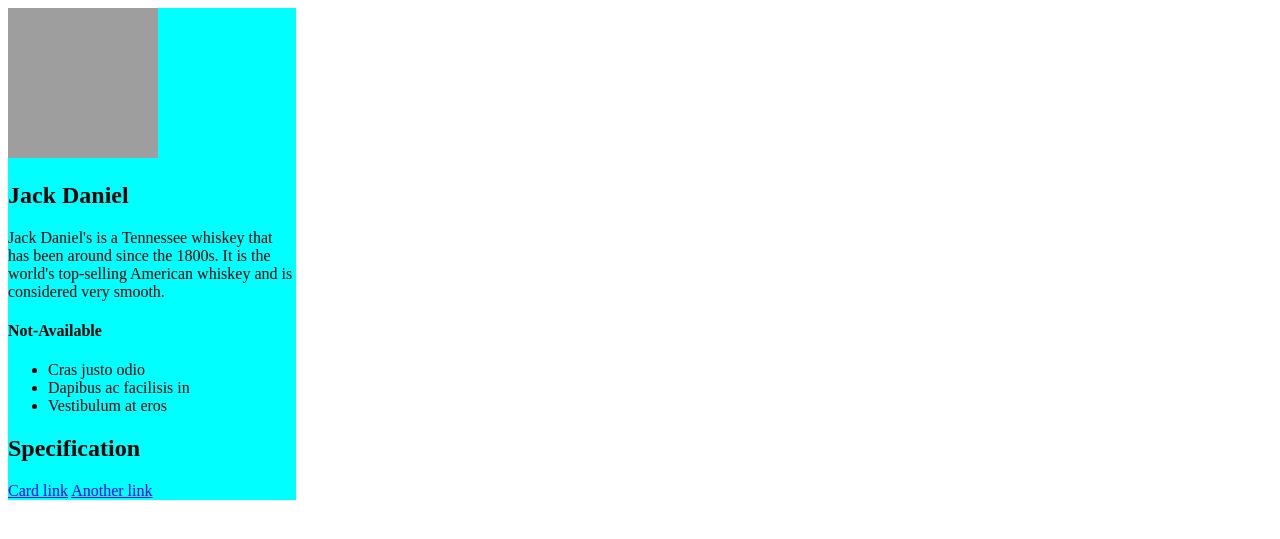
Repository: ZamlZam/REPO-11
Page: product-cards/index.html
The author's editor kept a copy of each file at every save. The page is drawn from the files as they stood at one save, then again after the next save.
The browser window is 1280 px wide. The pictures show the whole page.
Pictures or frames that could not be fetched are drawn as grey boxes.

Above is the page before, as saved 2023-04-13 12:17:02.

### product-cards/index.html
<!DOCTYPE html>
<html lang="en">
<head>
  <meta charset="UTF-8">
  <meta http-equiv="X-UA-Compatible" content="IE=edge">
  <meta name="viewport" content="width=device-width, initial-scale=1.0">
  <title>Document</title>
  <link rel="stylesheet" href="main.css">
</head>
<body>
  <div
  <div class="card1" style="width: 18rem;">
    <img src="https://www.finewinedelivery.co.nz/content/products/original/16561.jpg?width=1136" height = "150px" width="150px" alt="">
    <div class="card-body">
      <h2 class="Jack Daniel">Jack Daniel</h2>
      <p class="card-text">Jack Daniel's is a Tennessee whiskey that has been around since the 1800s. It is the world's top-selling American whiskey and is considered very smooth.</p>
    </div>

    <h4 class="Available">Not-Available</h4>
    <ul class="list-group list-group-flush">
      <li class="list-group-item">Cras justo odio</li>
      <li class="list-group-item">Dapibus ac facilisis in</li>
      <li class="list-group-item">Vestibulum at eros</li>
    </ul>
    <h2 class="specification">Specification</h2>
    <div class="card-body">
      <a href="#" class="card-link">Card link</a>
      <a href="#" class="card-link">Another link</a>
    </div>
  </div>
</body>
</html>

### product-cards/main.css
.card1 {
  border: black;
  background-color: aqua;
}

After the next save:
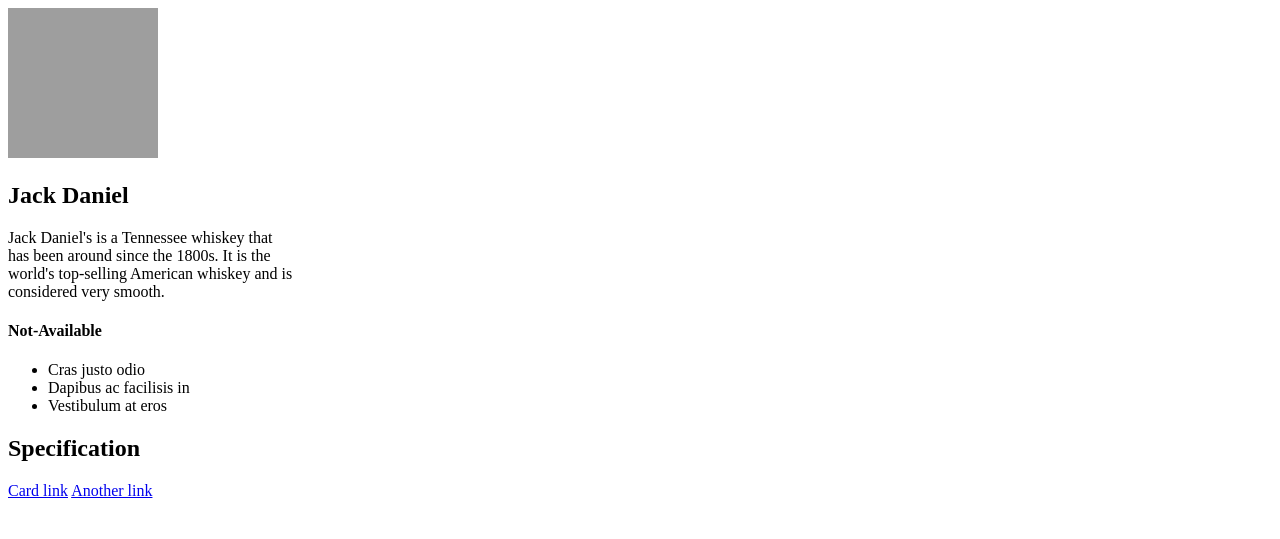
Saved 5 s later.
--- a/product-cards/index.html
+++ b/product-cards/index.html
@@ -8,7 +8,7 @@
   <link rel="stylesheet" href="main.css">
 </head>
 <body>
-  <div
+  <div class =
   <div class="card1" style="width: 18rem;">
     <img src="https://www.finewinedelivery.co.nz/content/products/original/16561.jpg?width=1136" height = "150px" width="150px" alt="">
     <div class="card-body">

After the 2 saves that followed:
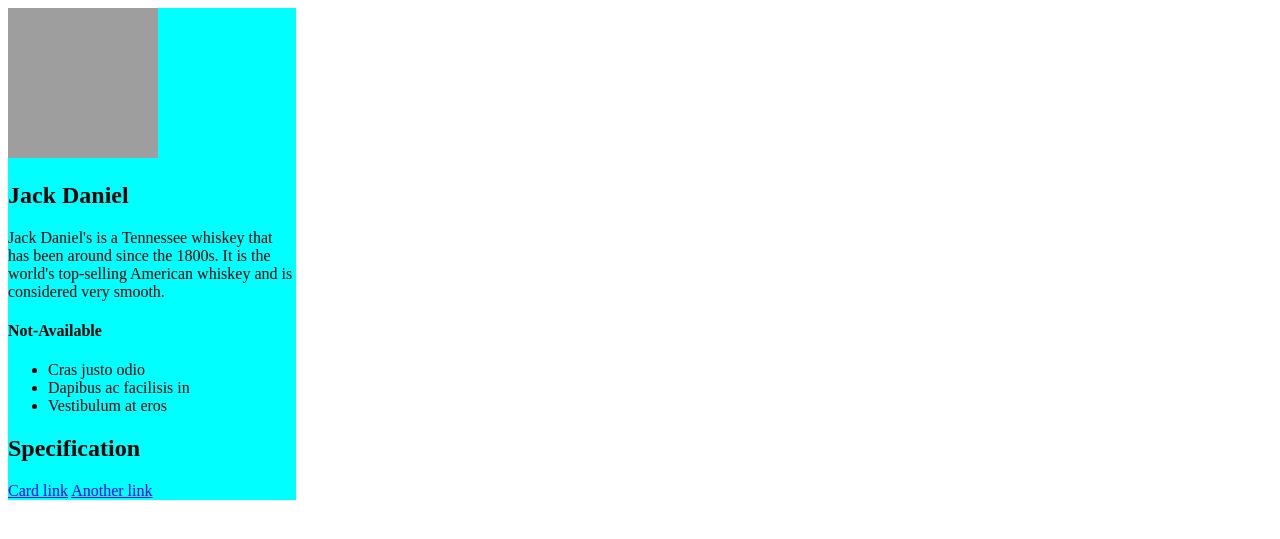
The 2 saves are shown as one change because they came seconds apart.
The last was saved 5 s later.
--- a/product-cards/index.html
+++ b/product-cards/index.html
@@ -8,7 +8,7 @@
   <link rel="stylesheet" href="main.css">
 </head>
 <body>
-  <div class =
+  <div class ="wrapper"></div>
   <div class="card1" style="width: 18rem;">
     <img src="https://www.finewinedelivery.co.nz/content/products/original/16561.jpg?width=1136" height = "150px" width="150px" alt="">
     <div class="card-body">
